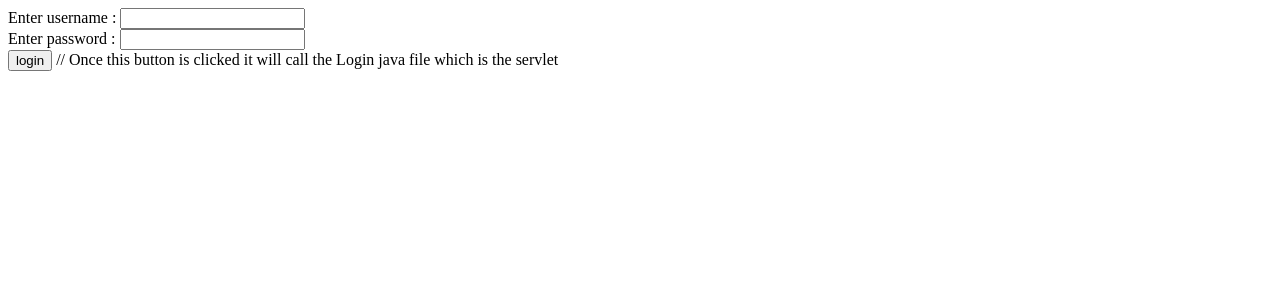
Repository: diazagasatya/NeuralNetwork
Page: http://localhost/FindAFriend/login.jsp
These files come from the project's save history. The page is drawn as it stood at one moment and after the next save; the edit follows.
The browser window is 1280 px wide. The pictures show the whole page.
The page is served by Tomcat 9. Other server files are loaded and not shown.

Above is the page before, as saved 2017-11-13 22:55:38.

### eclipse-workspace/FindAFriend/WebContent/login.jsp
<%@ page language="java" contentType="text/html; charset=UTF-8"
    pageEncoding="UTF-8"%>
<!DOCTYPE html PUBLIC "-//W3C//DTD HTML 4.01 Transitional//EN" "http://www.w3.org/TR/html4/loose.dtd">
<html>
<head>
<meta http-equiv="Content-Type" content="text/html; charset=UTF-8">
<title>Insert title here</title>
</head>
<body>

	<form action="Login">
		Enter username	: <input type="text" name="uname"><br>
		Enter password 	: <input type="password" name="pass"><br>
		<input type="submit" value="login"> // Once this button is clicked it will call the Login java file which is the servlet
	</form>

</body>
</html>

After the next save:
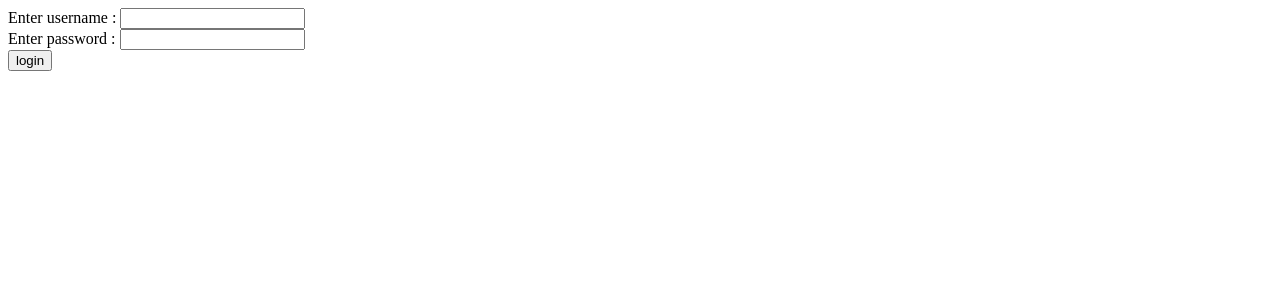
Saved 2 min 32 s later.
--- a/eclipse-workspace/FindAFriend/WebContent/login.jsp
+++ b/eclipse-workspace/FindAFriend/WebContent/login.jsp
@@ -11,7 +11,7 @@
 	<form action="Login">
 		Enter username	: <input type="text" name="uname"><br>
 		Enter password 	: <input type="password" name="pass"><br>
-		<input type="submit" value="login"> // Once this button is clicked it will call the Login java file which is the servlet
+		<input type="submit" value="login">
 	</form>
 
 </body>
